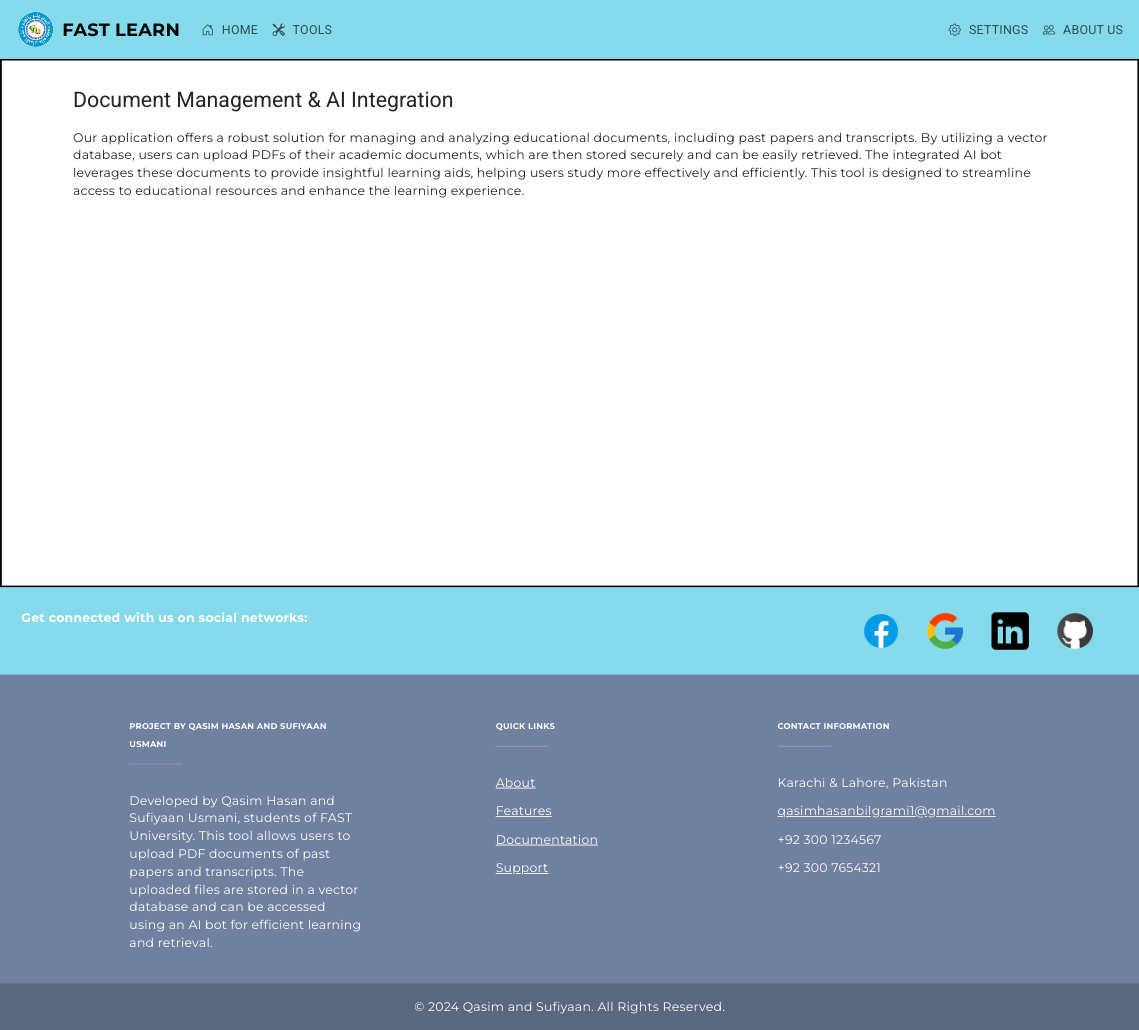
Repository: fastlearn-e0c9858e10ed/Frontend
Page: / (app in fastlearn/)
The author's editor kept a copy of each file at every save. The page is drawn from the files as they stood at one save, then again after the next save.
The browser window is 1280 px wide. The pictures show the whole page, at 89% of full size.
The project was rebuilt for these pictures with package versions that can differ from the ones it lists, and the page was loaded fresh each time. Also part of the build but not shown: fastlearn/angular.json.

Above is the page before, as saved 2024-08-19 10:54:53.

After the next save:
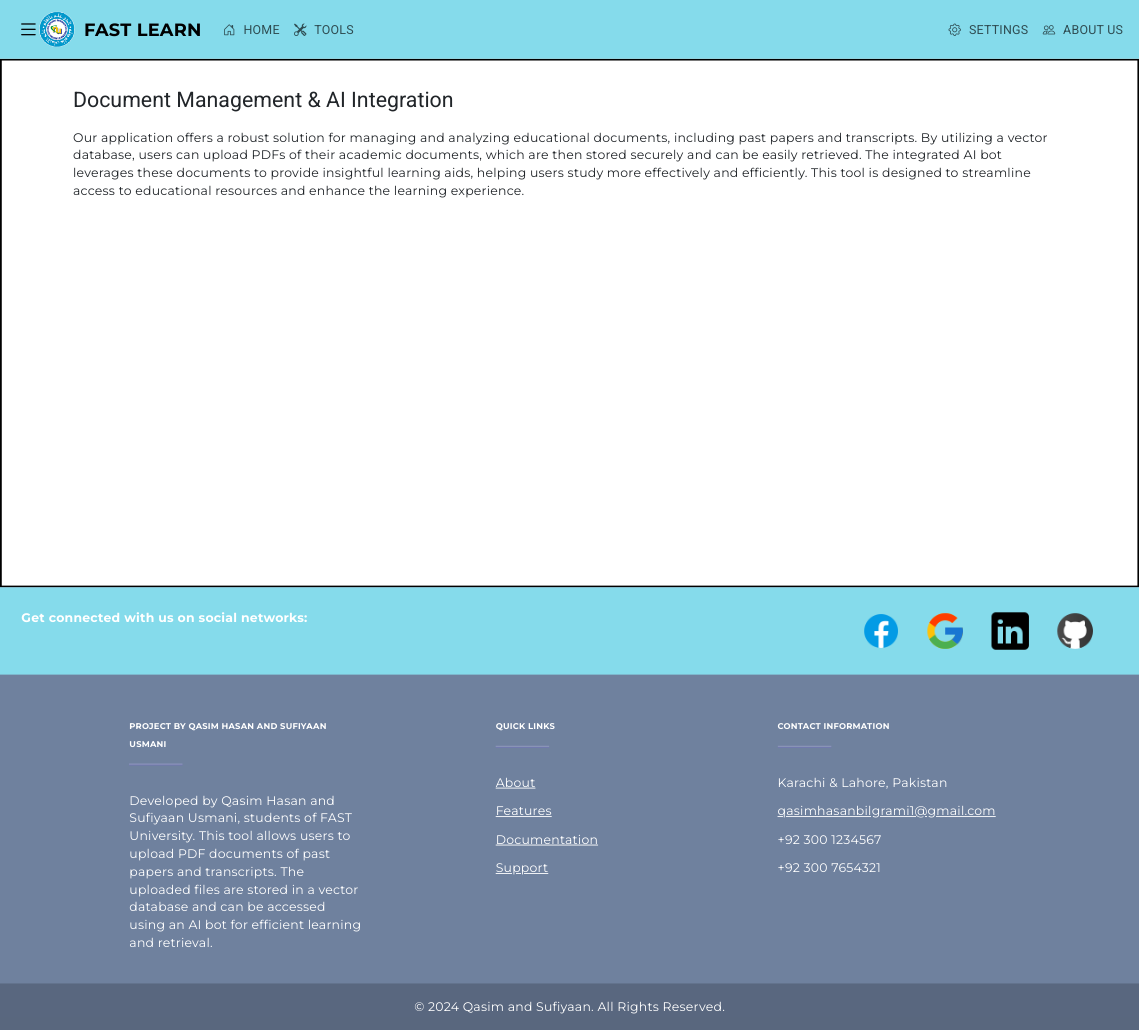
Saved 52 s later.
--- a/fastlearn/src/app/components/header-page/header-page.component.html
+++ b/fastlearn/src/app/components/header-page/header-page.component.html
@@ -1,7 +1,7 @@
 <nav class="navbar navbar-expand-lg navbar-light" style="background-color: #85dbeb;">
   <a class="navbar-brand ml-2 d-flex align-items-center" routerLink="/">
     <!-- Drawer Icon -->
-
+    <app-drawer-page></app-drawer-page>
     <!-- Fast Learn Icon and Text -->
     <img src="../../../assets/header_icons/fast.png" alt="Custom Icon" class="navbar-icon mr-2">
     FAST LEARN
